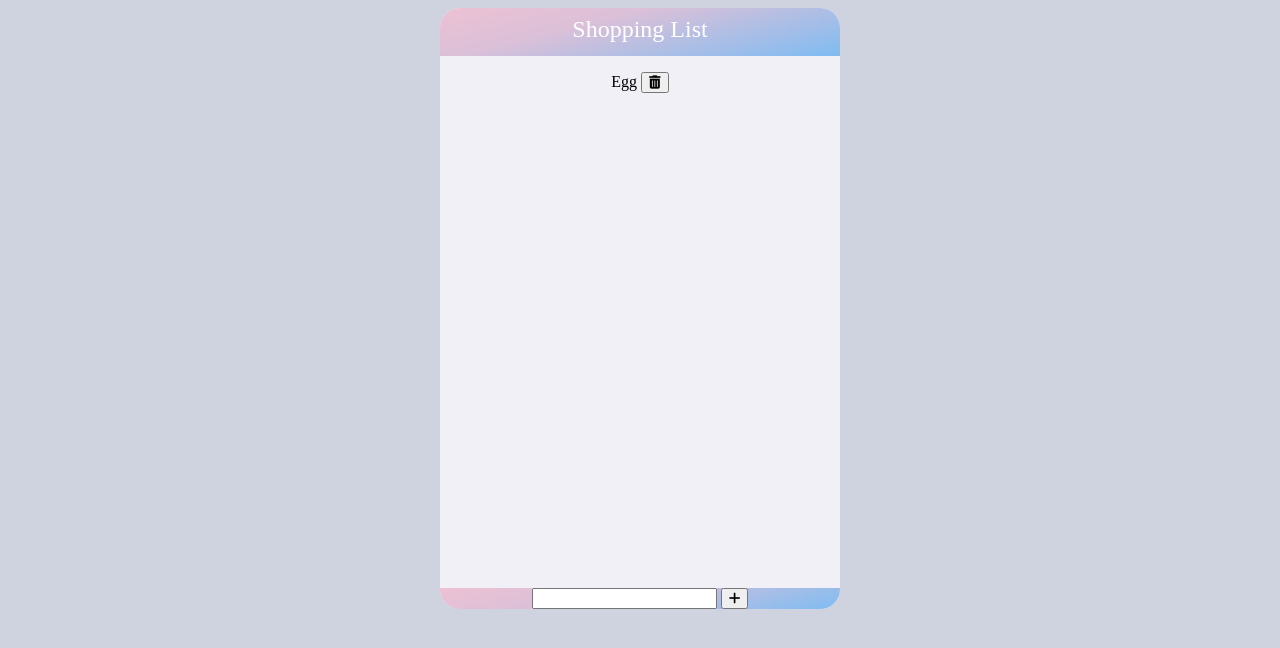
Repository: rumor1993/DreamCoding-Browser101
Page: Chapter05/index.html
The author's editor kept a copy of each file at every save. The page is drawn from the files as they stood at one save, then again after the next save.
The browser window is 1280 px wide. The pictures show the whole page.
Some web libraries are served in a nearby version.

Above is the page before, as saved 2020-12-30 12:29:07.

### Chapter05/index.html
<!DOCTYPE html>
<html lang="en">
  <head>
    <meta charset="UTF-8" />
    <meta name="viewport" content="width=device-width, initial-scale=1.0" />
    <title>Shopping List</title>
    <link rel="stylesheet" href="style.css" />
    <script src="main.js"></script>
    <script src="https://kit.fontawesome.com/86c035f01d.js" crossorigin="anonymous"></script>
  </head>
  <body>
    <section class="list">
      <header class="header">Shopping List</header>
      <ul class="items">
        <li class="item-row">
          <div class="item">
            <span class="item-name">Egg</span>
            <button class="item-delete">
              <i class="fas fa-trash-alt"></i>
            </button>
          </div>
          <div class="divider"></div>
        </li>
      </ul>
      <footer class="footer">
        <input type="text" class="footer-input" />
        <button class="footer-button">
          <i class="fas fa-plus"></i>
        </button>
      </footer>
    </section>
  </body>
</html>

### Chapter05/style.css
* {
  box-sizing: border-box;
}

ul {
  padding: 0;
}

body {
  background-color: #ced3df;
  text-align: center;
}

.list {
  width: 400px;
  margin: auto;
  background-color: #f1f0f7;
  border-radius: 20px;
}

.header {
  height: 48px;
  padding: 8px;
  font-size: 24px;
  background: rgba(237, 193, 211);
  background: linear-gradient(166deg, rgba(237, 193, 211, 1) 0%, rgba(219, 192, 216, 1) 35%, rgba(127, 188, 242, 1) 100%);
  border-radius: 20px 20px 0 0;
  color: white;
}

.items {
  height: 500px;
  overflow-y: auto;
}

.footer {
  background: rgba(237, 193, 211);
  background: linear-gradient(166deg, rgba(237, 193, 211, 1) 0%, rgba(219, 192, 216, 1) 35%, rgba(127, 188, 242, 1) 100%);
  border-radius: 0 0 20px 20px;
}

Loaded but not shown: Chapter05/main.js (no stored copy; drawn as an empty file)

After the next save:
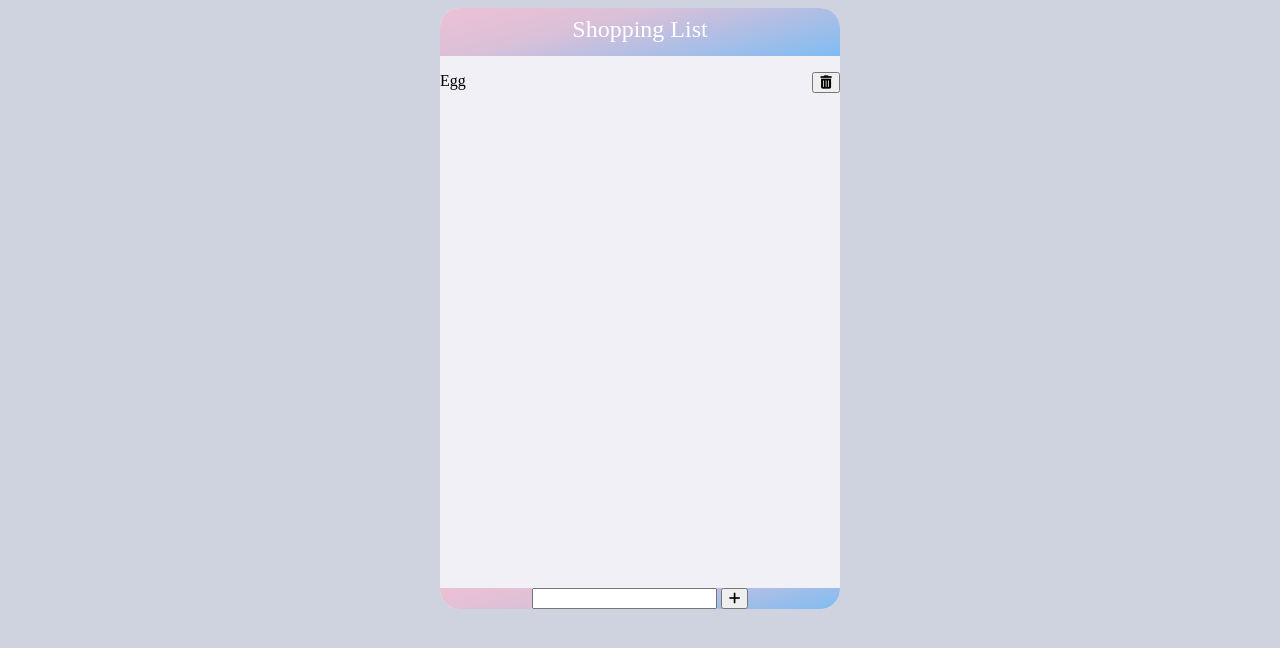
Saved 26 s later.
--- a/Chapter05/style.css
+++ b/Chapter05/style.css
@@ -33,6 +33,11 @@ body {
   overflow-y: auto;
 }
 
+.item {
+  display: flex;
+  justify-content: space-between;
+}
+
 .footer {
   background: rgba(237, 193, 211);
   background: linear-gradient(166deg, rgba(237, 193, 211, 1) 0%, rgba(219, 192, 216, 1) 35%, rgba(127, 188, 242, 1) 100%);
